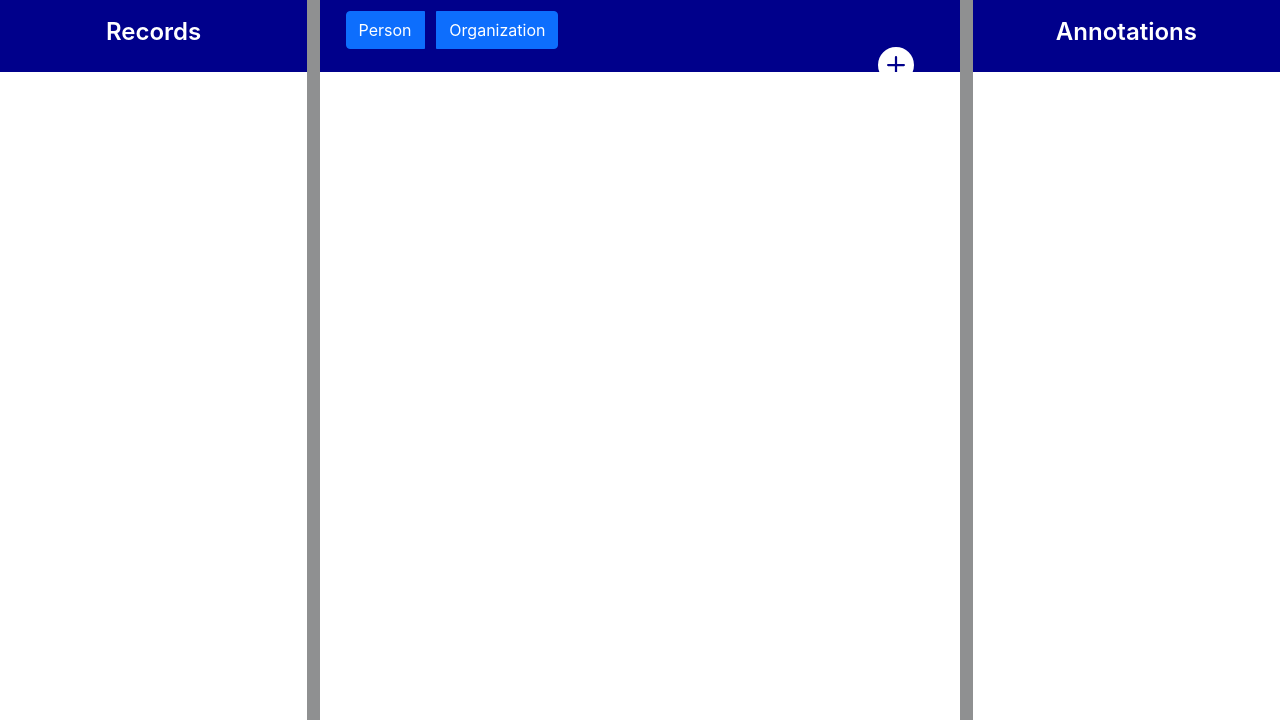
Repository: napan24/classforma_assignment
Page: / (app in client/)
The author's editor kept a copy of each file at every save. The page is drawn from the files as they stood at one save, then again after the next save.
The browser window is 1280 px wide. The pictures show the whole page.
The project was rebuilt for these pictures with package versions that can differ from the ones it lists, and the page was loaded fresh each time. Also part of the build but not shown: client/src/App.css.

Above is the page before, as saved 2022-07-19 17:16:11.

After the next save:
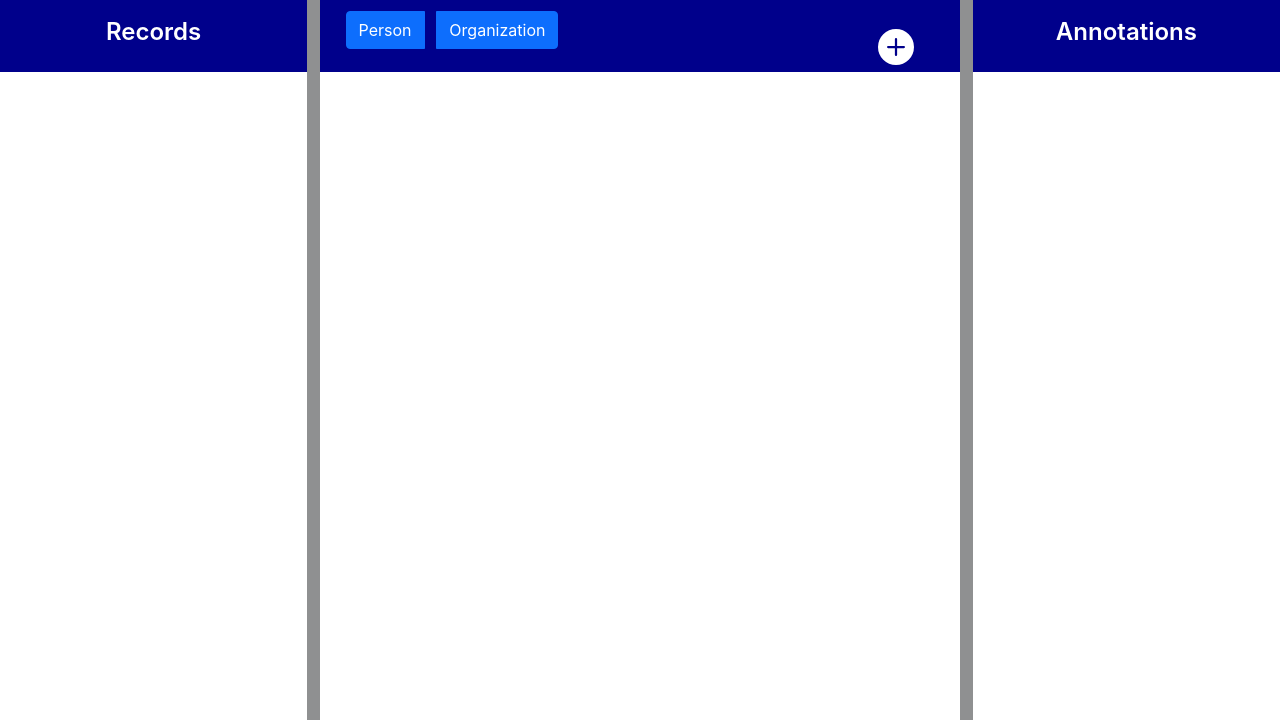
Saved 16 s later.
--- a/client/src/Home.js
+++ b/client/src/Home.js
@@ -21,7 +21,7 @@ const Home = () => {
                             <button type="button" class="btn btn-primary">Organization</button>
                         </div>
                         <label for="file">
-                            <svg style={{ width: "20%", height: "50%", marginTop: '2.5vh', position: "absolute", right: "0", color: "white" }} xmlns="http://www.w3.org/2000/svg" fill="currentColor" class="bi bi-plus-circle-fill" viewBox="0 0 16 16">
+                            <svg style={{ width: "20%", height: "50%", marginTop: '0vh', position: "absolute", right: "0", color: "white" }} xmlns="http://www.w3.org/2000/svg" fill="currentColor" class="bi bi-plus-circle-fill" viewBox="0 0 16 16">
                                 <path d="M16 8A8 8 0 1 1 0 8a8 8 0 0 1 16 0zM8.5 4.5a.5.5 0 0 0-1 0v3h-3a.5.5 0 0 0 0 1h3v3a.5.5 0 0 0 1 0v-3h3a.5.5 0 0 0 0-1h-3v-3z" />
                             </svg>
                         </label>
